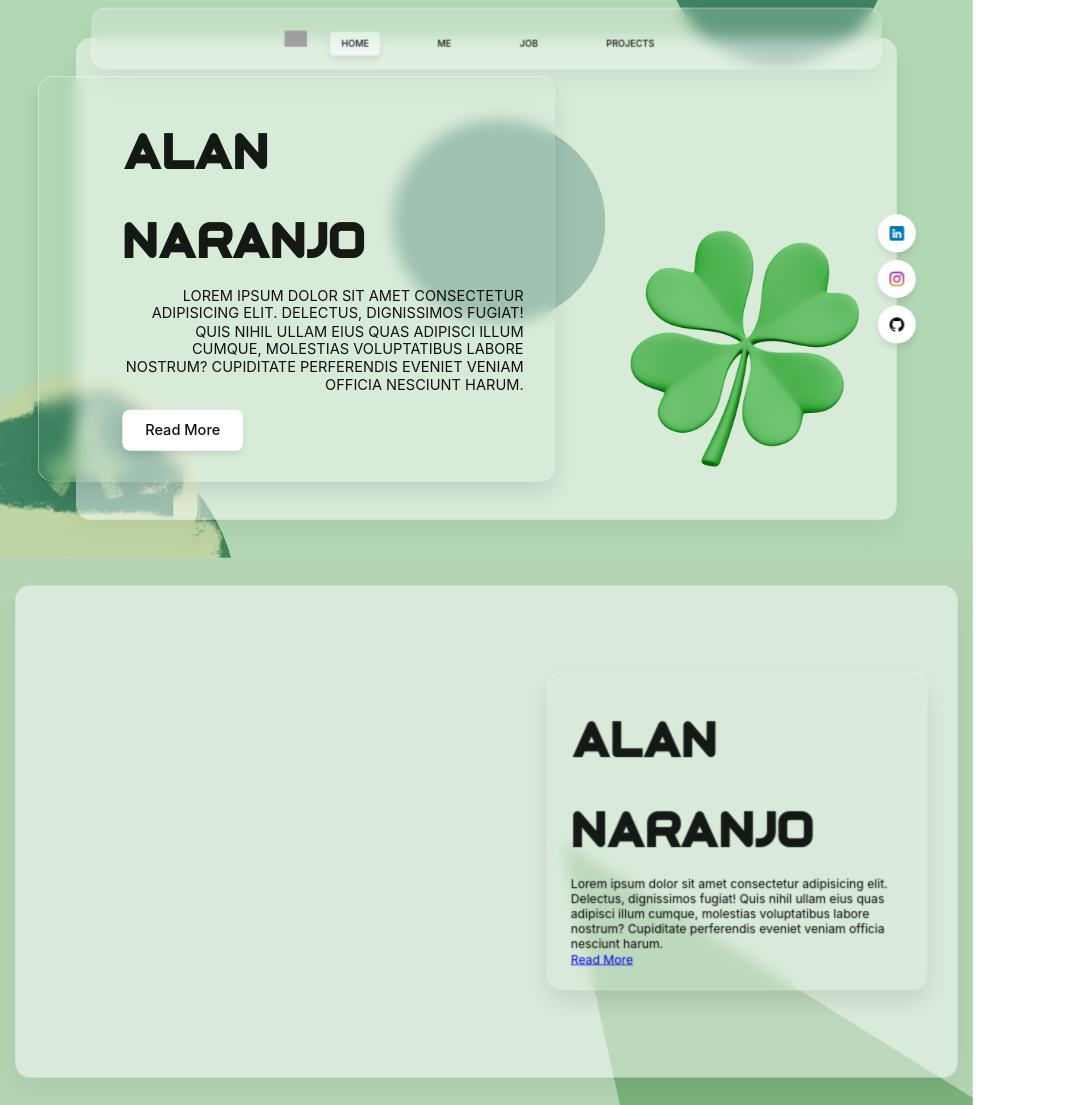
Repository: L-A-M-J-O/Me-sitio-Web
Page: / (app in my-project/)
These files come from the project's save history. The page is drawn as it stood at one moment and after the next save; the edit follows.
The browser window is 1280 px wide. The page is 1280 px wide, then 1420 px, so the pictures cover 1420 px, including what lies to the right of the window. The pictures show the whole page, at 76% of full size.
The pointer rests on the first visible `.content-me`.
Pictures or frames that could not be fetched are drawn as grey boxes. Backgrounds fixed to the window are drawn as part of the page. The project was rebuilt for these pictures with package versions that can differ from the ones it lists, and the page was loaded fresh each time.

Above is the page before, as saved 2022-09-20 16:11:51.

### my-project/src/App.jsx
import './App.css';
import Me from './components/Me/Me';

import Navbar from './components/Navbar/Navbar'


function App() {
  return (
    <>
      <Navbar/>
      <Me/>
    </>


  );
}

export default App;

### my-project/src/App.css
 * {
    margin: 0;
    padding: 0;
    box-sizing: border-box;
 }

### my-project/src/components/Me/Me.jsx
import React from 'react'

import '../Me/Me.css'

import {Link } from 'react-scroll'

function Me() {
  return (
    <div className='section-me' id='me'>
      <div className='container-m-me'>
        <div className='row justify-content-end'>
          <div className='col-12'>
            <div className='content-me'>
            <h2>Alan Naranjo</h2>
            <p>Lorem ipsum dolor sit amet consectetur adipisicing elit. Delectus, dignissimos fugiat! Quis nihil ullam eius quas adipisci illum cumque, molestias voluptatibus labore nostrum? Cupiditate perferendis eveniet veniam officia nesciunt harum.</p>
            <Link href='#'>Read More</Link>
          </div>
          </div>
        </div>
      </div>
    </div>
  )
}

export default Me

### my-project/src/components/Navbar/Navbar.jsx
import React from 'react'

import {Link} from 'react-scroll'

import logotipo from '../../assets/img/logotipo.png'
import icon from '../../assets/img/icon.png'
import instagram from '../../assets/img/instagram.png'
import linkedin from '../../assets/img/linkedin.png'
import github from '../../assets/img/github.png'

import '../Navbar/Navbar.css'


function Navbar() {
  return (
    <section id='nav'>
      <div className='container-m'>
        <header>
          <Link to='nav' className='logo'><img src={ icon} alt='icon' width={30}/></Link>
          <ul>
            <li><Link to='nav' className='active'>Home</Link></li>
            <li><Link to='me' href='#' className=''>Me</Link></li>
            <li><Link href='#' className=''>Job</Link></li>
            <li><Link href='#' className=''>Projects</Link></li>
          </ul>
        </header>
        <div className='content'>
          <h2>Alan Naranjo</h2>
          <p>Lorem ipsum dolor sit amet consectetur adipisicing elit. Delectus, dignissimos fugiat! Quis nihil ullam eius quas adipisci illum cumque, molestias voluptatibus labore nostrum? Cupiditate perferendis eveniet veniam officia nesciunt harum.</p>
          <Link href='#'>Read More</Link>
        </div>
        <div className='img-icon'>
          <img src={ logotipo } alt='logotipo'/>
        </div>
        <ul className='sci'>
          <li><Link href='#'><img src={linkedin} alt='linkedin'/></Link></li>
          <li><Link href='#'><img src={instagram} alt='instagram'/></Link></li>
          <li><Link href='#'><img src={github} alt='github'/></Link></li>
        </ul>
      </div>
    </section>
  )
}

export default Navbar

### my-project/src/components/Me/Me.css
.section-me {
    display: flex;
    justify-content: center;
    align-items: center;
    min-height: 100vh;
    background-image: url(../../assets/img/banner1.png);
    background-position: center;
    background-attachment: fixed;
    padding: 20px;
}
.container-m-me {
    position: relative;
    width: 100%;
    height: 90vh;
    background-color: rgba(255, 255, 255, 0.5);
    box-shadow:  0 15px 35px rgba(0, 0, 0, 0.05);
    border-radius: 20px;
    display: flex;
    justify-content: space-between;
    align-items: center;
    padding: 50px;
}

.content-me {
    transform: translateX(500px);
    max-width: 700px;
    box-shadow:  0 15px 30px rgba(0, 0, 0, 0.1);
    border-radius: 20px;
    backdrop-filter: blur(10px);
    border: 1px solid rgba(255, 255, 255, 0.25);
    border-top: 1px solid rgba(255, 255, 255, 0.5);
    border-left: 1px solid rgba(255, 255, 255, 0.5);
    padding: 30px;
    transition: 0.5s;
    cursor: pointer;
}
.content-me:hover{
    transform: translateX(650px);
    max-width: 500px;
}
.content-me h2 {
    font-family: Osiris;
    font-size: 4rem;
    line-height: 1.85;
    text-transform: lowercase;
    margin: 0;
    color: #141914;
}
.content p {
    text-align: end;
    border: var(--default-border-width) solid var(--default-border-color);
    border-radius: var(--default-border-radius);
    text-transform: uppercase;
    font-weight: 400;
    font-size: max(12px,.9375vw);
    line-height: 1.2222222222;
    transition: background-color .15s ease-in-out;
    -webkit-appearance: none;
    appearance: none;
    font-size: 1.2em;
    color: #140f10;
}
.content a {
    display: inline-block;
    padding: 15px 30px;
    background: #fff;
    color: #140f10;
    margin-top: 20px;
    border-radius: 10px;
    font-size: 1.2em;
    font-weight: 500;
    text-decoration: none;
    box-shadow:  0 5px 10px rgba(0, 0, 0, 0.1);
}

### my-project/src/components/Navbar/Navbar.css
@font-face {
    font-family: Osiris;
    src: url(../../assets//img/Osiris.otf);
}

section {
    display: flex;
    justify-content: center;
    align-items: center;
    min-height: 100vh;
    background-image: url(../../assets/img/banner.png);
    background-position: center;
    background-attachment: fixed;
    padding: 50px;
}
.container-m{
    position: relative;
    width: calc(100% - 100px);
    height: 88vh;
    background-color: rgba(255, 255, 255, 0.5);
    box-shadow:  0 15px 35px rgba(0, 0, 0, 0.05);
    border-radius: 20px;
    display: flex;
    justify-content: space-between;
    align-items: center;
    padding: 50px;
}
header {
    position: absolute;
    top: -40px;
    right: 20px;
    left: 20px;
    padding: 20px 50px;
    display: flex;
    justify-content: center;
    align-items: baseline;
    background: rgba(255, 255, 255, 0.2);
    box-shadow:  0 15px 35px rgba(0, 0, 0, 0.05);
    border-radius: 20px;
    backdrop-filter: blur(10px);
    border: 1px solid rgba(255, 255, 255, 0.25);
    border-top: 1px solid rgba(255, 255, 255, 0.5);
    border-left: 1px solid rgba(255, 255, 255, 0.5);
}

header .logo {
    color: #140f10;
    font-weight: 700;
    text-decoration: none;
    font-size: 2rem;
}
header ul {
    display: flex;
}
header ul li {
    list-style: none;
    margin:  0 30px;
}
header ul li a {
    border: var(--default-border-width) solid var(--default-border-color);
    border-radius: var(--default-border-radius);
    text-transform: uppercase;
    font-weight: 500;
    font-size: max(12px,.9375vw);
    padding: 0 1.3333em;
    height: 2.5555em;
    line-height: 1.2222222222;
    transition: background-color .15s ease-in-out;
    -webkit-appearance: none;
    appearance: none;
    text-decoration: none;
    color: #140f10;
    padding: 8px 15px;
    border-radius: 25px;
    cursor: pointer;
}
header ul li a:hover,
header ul li a.active {
    border-radius: 5px;
    background-color: #ffffff81;
    color: #140f10;
    box-shadow: 0 5px 10px rgba(0, 0, 0, 0.1);
}

.content {
    transform: translateX(-100px);
    max-width: 700px;
    box-shadow:  0 15px 30px rgba(0, 0, 0, 0.1);
    border-radius: 20px;
    backdrop-filter: blur(10px);
    border: 1px solid rgba(255, 255, 255, 0.25);
    border-top: 1px solid rgba(255, 255, 255, 0.5);
    border-left: 1px solid rgba(255, 255, 255, 0.5);
    padding: 40px;
    padding-left: 110px;
}
.content h2 {
    font-family: Osiris;
    font-size: 4rem;
    line-height: 1.85;
    text-transform: lowercase;
    margin: 0;
    color: #141914;
}
.content p {
    text-align: end;
    border: var(--default-border-width) solid var(--default-border-color);
    border-radius: var(--default-border-radius);
    text-transform: uppercase;
    font-weight: 400;
    font-size: max(12px,.9375vw);
    line-height: 1.2222222222;
    transition: background-color .15s ease-in-out;
    -webkit-appearance: none;
    appearance: none;
    font-size: 1.2em;
    color: #140f10;
}
.content a {
    display: inline-block;
    padding: 15px 30px;
    background: #fff;
    color: #140f10;
    margin-top: 20px;
    border-radius: 10px;
    font-size: 1.2em;
    font-weight: 500;
    text-decoration: none;
    box-shadow:  0 5px 10px rgba(0, 0, 0, 0.1);
}
.img-icon img {
    max-width: 400px;
    animation: animate 5s linear infinite;
}
@keyframes animate {
    0%,100%{
        transform: translateY(50px);
    }
    50% {
        transform: translateY(100px);
    }
}
.sci {
    position: absolute;
    right: -25px;
    display: flex;
    justify-content: center;
    align-items: center;
    flex-direction: column;
}
.sci li {
    list-style: none;
}
.sci li a {
    text-decoration: none;
    width: 50px;
    height: 50px;
    background: #fff;
    display: flex;
    justify-content: center;
    align-items: center;
    border-radius: 50%;
    margin: 5px 0;
    box-shadow: 0 5px 10px rgba(0, 0, 0, 0.1);
}
.sci li a img {
    transform: scale(0.6);
    transition: 0.5s;
}
sci li:hover a img {
    transform: scale(0.6) rotate(360deg);
}

Loaded but not shown: my-project/src/index.js (common file); my-project/src/index.css (common file); my-project/src/reportWebVitals.js (common file)

After the next save:
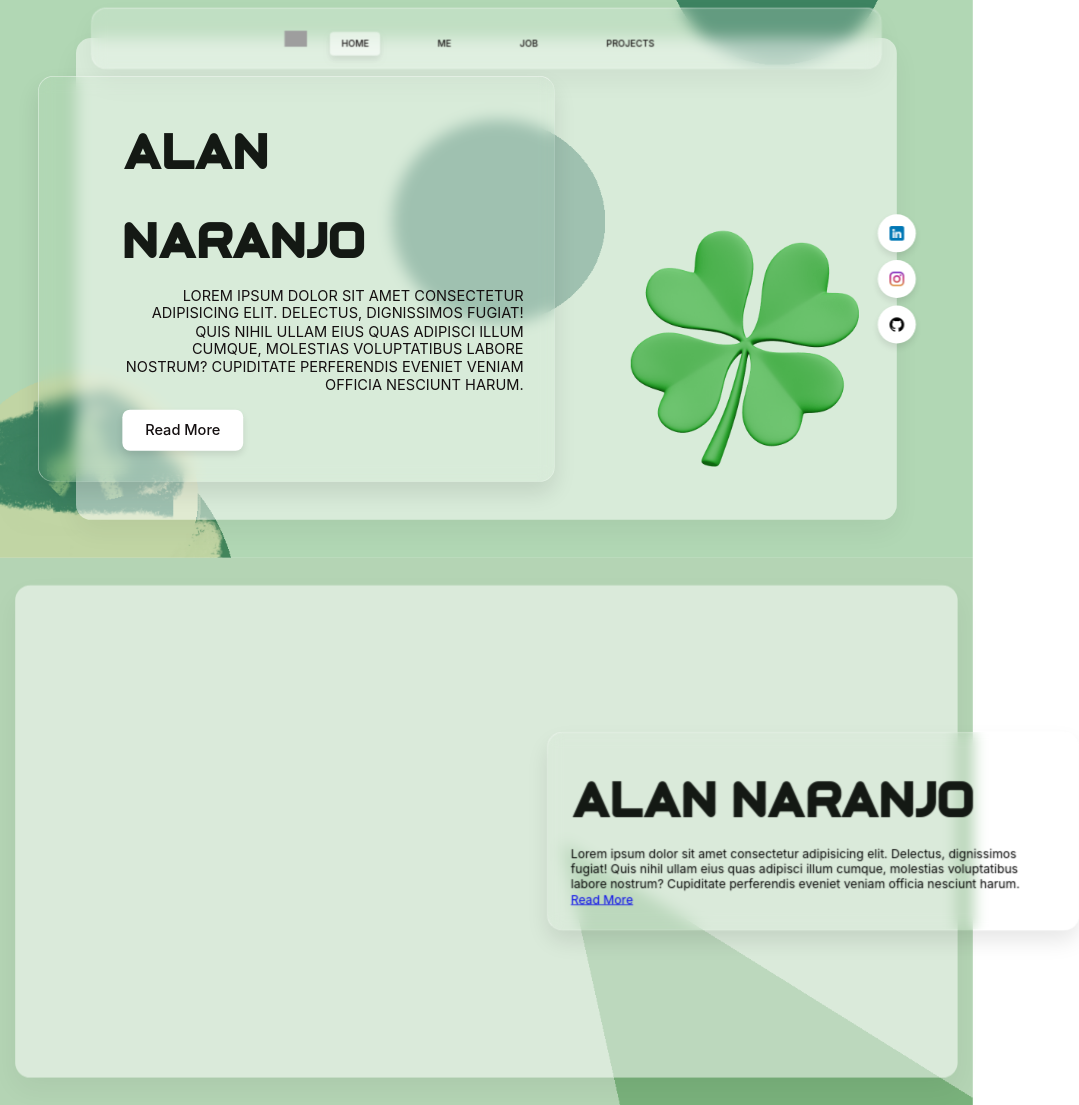
Saved 5 s later.
--- a/my-project/src/components/Me/Me.css
+++ b/my-project/src/components/Me/Me.css
@@ -36,7 +36,7 @@
 }
 .content-me:hover{
     transform: translateX(650px);
-    max-width: 500px;
+    /* max-width: 500px; */
 }
 .content-me h2 {
     font-family: Osiris;
